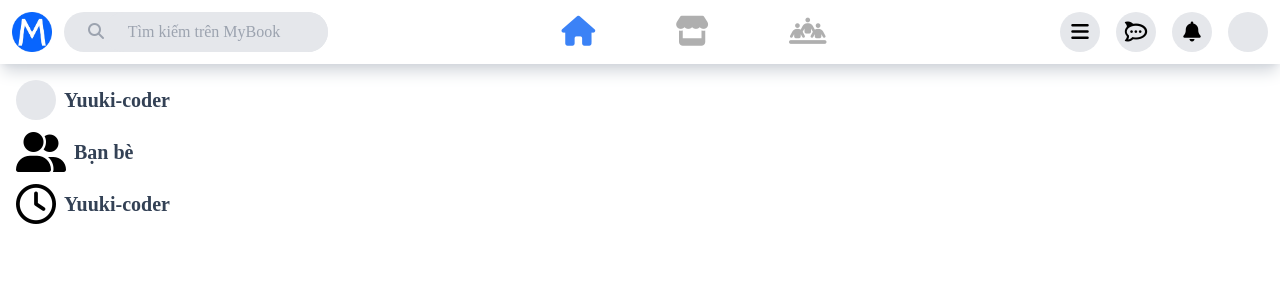
Repository: Yuukicoder/MyBook
Page: / (app in mybook/)
An editor plug-in stored every save of this project. The page is shown before and after the next save, followed by the edit.
The browser window is 1280 px wide. The pictures show the whole page.
The project was rebuilt for these pictures with package versions that can differ from the ones it lists, and the page was loaded fresh each time.

Above is the page before, as saved 2023-12-13 16:01:48.

After the next save:
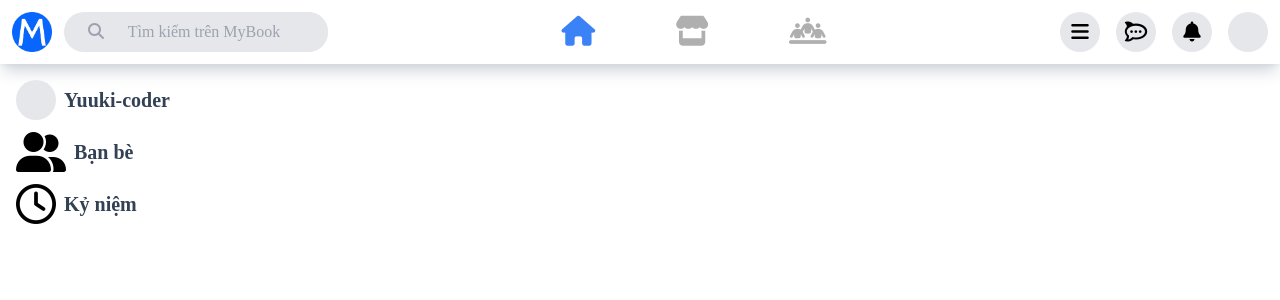
Saved 22 s later.
--- a/mybook/src/Option.js
+++ b/mybook/src/Option.js
@@ -15,7 +15,7 @@ var Option = (x) => (
     </div>
     <div class="flex gap-2 items-center box ">
     <i class="fa-regular fa-clock"></i>
-        <p class="font-semibold text-xl text-slate-700">{x.name}</p>
+        <p class="font-semibold text-xl text-slate-700">Kỷ niệm</p>
 
     </div>
 
